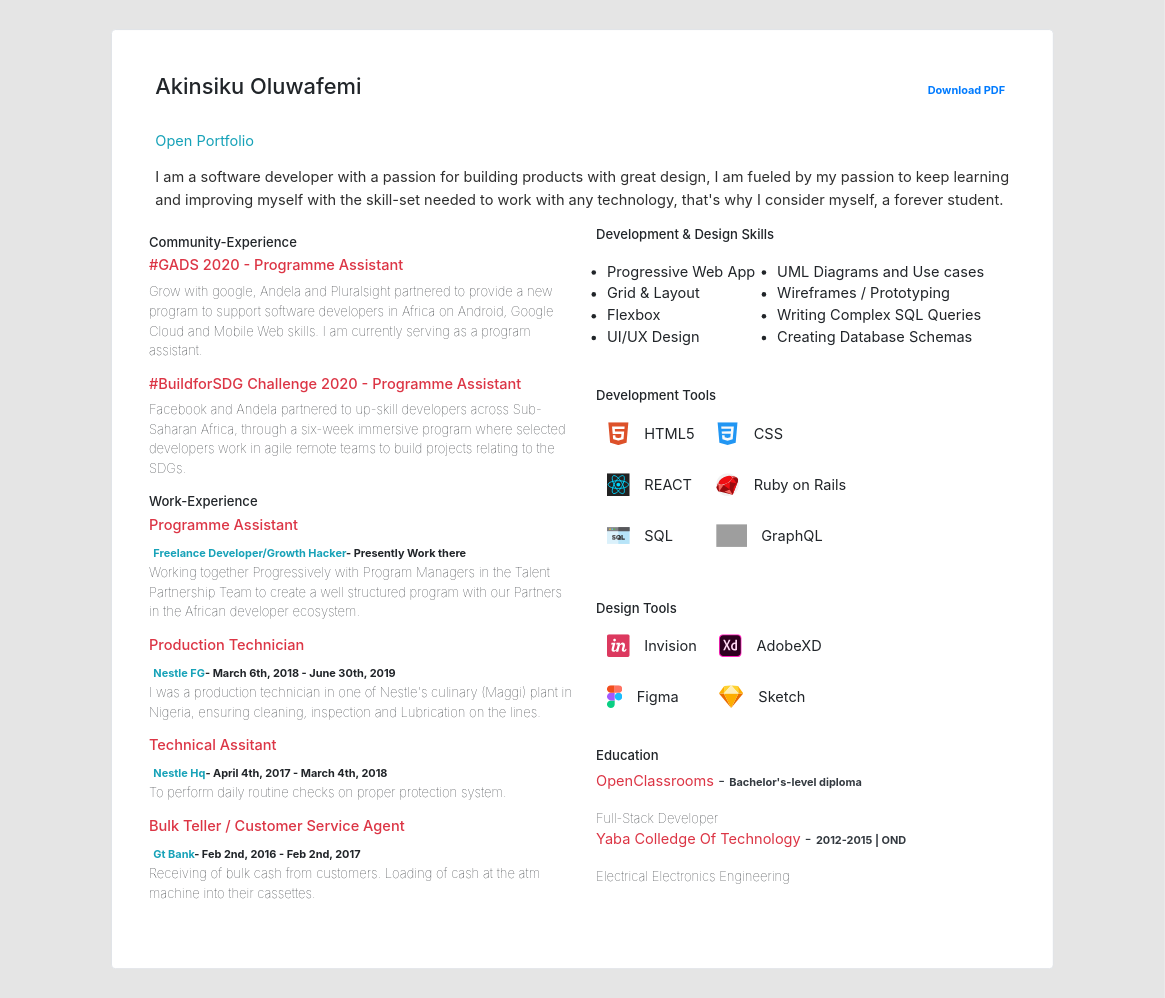
Repository: akinsikuoluwafemi/resume
Page: index.html
These files come from the project's save history. The page is drawn as it stood at one moment and after the next save; the edit follows.
The browser window is 1280 px wide. The pictures show the whole page, at 91% of full size.
Pictures or frames that could not be fetched are drawn as grey boxes. The style sheet was rebuilt from its Sass, Less or Tailwind sources for each picture, by a compiler version that may differ from the author's.

Above is the page before, as saved 2020-10-26 17:01:40.

### index.html
<!DOCTYPE html>
<html lang="en">

<head>
    <meta charset="UTF-8">
    <meta name="viewport" content="width=device-width, initial-scale=1.0">
    <meta http-equiv="X-UA-Compatible" content="ie=edge">
    <link rel="shortcut icon" type="image/png" href="./images/new-photo.png">

    <link rel="stylesheet" href="https://stackpath.bootstrapcdn.com/bootstrap/4.3.1/css/bootstrap.min.css" integrity="sha384-ggOyR0iXCbMQv3Xipma34MD+dH/1fQ784/j6cY/iJTQUOhcWr7x9JvoRxT2MZw1T"
        crossorigin="anonymous" />
    <link rel="stylesheet" href="./resume.css">

    <title>Akinsiku Oluwafemi - Software Developer</title>
</head>

<body>

   <div class="col-sm-12 col-lg-10 m-auto">
       <!--  -->
        <div class="p-c container border px-3 py-4 px-lg-5 py-lg-5 ">
            <header class="row">
                <div class="col d-flex align-items-center">
                    <h4 class="header__name mr-auto">Akinsiku Oluwafemi</h4>
                    <a href="./images/Femi_Akinsiku_resume.pdf" download="Femi_Akinsiku_resume.pdf" class="badge">Download PDF</a>
                </div>
            </header>
            <div class="row mt-4">
                <a href="https://femiakin.com/" target="_blank" class="col text-info">Open Portfolio</a>
            </div>

            <div class="row mt-3">
                <div class="col">
                    <p class="intro">I am a software developer with a passion for building products with great design, I am
                        fueled by my passion to keep learning and improving myself with the skill-set needed to work with
                        any
                        technology,
                        that's why I consider myself, a forever student.</p>
                </div>
            </div>


            <div class="row">

                <div class="col col-lg-6 p-2  ">
                    <div>
                        <h5 class="item__header">Community-Experience</h5>

                        <h6 class="item__job text-danger">#GADS 2020 - Programme Assistant </h6>
                        <p class="item__description">Grow with google, Andela and Pluralsight partnered to provide a new
                            program to support
                            software developers in Africa on Android, Google Cloud and Mobile Web skills. I am currently
                            serving as a
                            program assistant.</p>

                    </div>

                    <div>



                        <h6 class="item__job text-danger">#BuildforSDG Challenge 2020 - Programme Assistant </h6>


                        <p class="item__description">Facebook and Andela partnered to up-skill developers across
                            Sub-Saharan
                            Africa,
                            through a six-week immersive program where selected developers work in agile remote
                            teams to build projects relating to the SDGs.
                        </p>

                    </div>




                    <!-- here -->
                    <div>
                        <h5 class="item__header">Work-Experience</h5>
                        <h6 class="item__job text-danger">Programme Assistant</h6>
                        <span class="badge"><span class="text-info">Freelance Developer/Growth Hacker</span>- Presently Work there</span>
                        <p class="item__description">Working together Progressively with Program Managers in the Talent Partnership Team to create a well structured program with our Partners in the
                        African developer ecosystem.</p>

                    </div>
                    <div>
                        <h6 class="item__job text-danger">Production Technician</h6>
                        <span class="badge"><span class="text-info">Nestle FG</span>- March 6th, 2018 - June 30th, 2019 </span>
                        <p class="item__description">I was a production technician in one of Nestle's culinary (Maggi)
                            plant in
                            Nigeria,
                            ensuring cleaning, inspection and Lubrication on the lines.</p>

                    </div>
                    <div>
                        <h6 class="item__job text-danger">Technical Assitant</h6>
                        <span class="badge"><span class="text-info">Nestle Hq</span>- April 4th, 2017 - March 4th, 2018</span>
                        <p class="item__description">To perform daily routine checks on proper protection system.
                        </p>

                    </div>
                    <div>
                        <h6 class="item__job text-danger">Bulk Teller / Customer Service Agent</h6>
                        <span class="badge"><span class="text-info">Gt Bank</span>- Feb 2nd, 2016 - Feb 2nd, 2017 </span>
                        <p class="item__description">Receiving of bulk cash from customers.
                            Loading of cash at the atm machine into their cassettes.
                            </p>

                    </div>
                    <!-- here2 -->


                </div>
                <div class="col col-lg-6 ">

                    <div>
                        <h5 class="item__header ">Development & Design Skills</h5>
                        <div class="d-flex ">
                            <ul class="list__item">
                                <li>Progressive Web App</li>
                                <li>Grid & Layout</li>
                                <li>Flexbox</li>
                                <li>UI/UX Design</li>


                            </ul>
                            <ul class="list__item">
                                <li>UML Diagrams and Use cases</li>
                                <li>Wireframes / Prototyping</li>
                                <li>Writing Complex SQL Queries</li>
                                <li>Creating Database Schemas</li>



                            </ul>
                        </div>


                    </div>

                    <div class="item__container">
                        <h5 class="item__header">Development Tools</h5>
                        <div class="d-flex ">
                            <ul class="list__item">
                                <div class="d-flex  mb-3">
                                    <img src="./images/html5.svg" />
                                    <p class="ml-3">HTML5</p>
                                </div>
                                <div class="d-flex  mb-3">
                                    <img src="./images/react-1.svg" />
                                    <p class="ml-3">REACT</p>
                                </div>
                                <div class="d-flex ">
                                    <img src="./images/sql.svg" />
                                    <p class="ml-3">SQL</p>
                                </div>

                            </ul>
                            <ul class="list__item ">
                                <div class="d-flex  mb-3">
                                    <img src="./images/css-3.svg" />
                                    <p class="ml-3">CSS</p>
                                </div>
                                <div class="d-flex  mb-3">
                                    <img src="./images/ruby.svg" />
                                    <p class="ml-3">Ruby on Rails</p>
                                </div>
                                <div class="d-flex ">
                                    <img src="./images/graphql-icon.svg" />
                                    <p class="ml-3">GraphQL</p>
                                </div>


                            </ul>
                        </div>


                    </div>

                    <!-- here -->

                    <div class="item__contain">
                        <h5 class="item__header">Design Tools</h5>
                        <div class="d-flex ">
                            <ul class="list__item">
                                <div class="d-flex mb-3">
                                    <img src="./images/invision.svg" />
                                    <p class="ml-3">Invision</p>
                                </div>
                                <div class="d-flex ">
                                    <img src="./images/figma-1.svg" />
                                    <p class="ml-3">Figma</p>
                                </div>

                            </ul>
                            <ul class="list__item ">
                                <div class="d-flex  mb-3 ">
                                    <img src="./images/adobe-xd-1.svg" />
                                    <p class="ml-3">AdobeXD</p>
                                </div>
                                <div class="d-flex ">
                                    <img src="./images/sketch-2.svg" />
                                    <p class="ml-3">Sketch</p>
                                </div>


                            </ul>
                        </div>


                    </div>
                    <div class="edu">
                        <h5 class="item__header">Education</h5>
                        <p paragraph><a href="https://www.francecompetences.fr/recherche/rncp/27099/" class="text-danger text-info">OpenClassrooms
                            <span class="text-dark">-</span><span class="badge text-dark">Bachelor's-level diploma</span></a></p>

                        <span class="item__description "><a style="color: #212529" href="https://openclassrooms.com/en/paths/104-full-stack-developer">Full-Stack Developer</a></span>

                        <p class="text-danger paragraph pt-2">Yaba Colledge Of Technology <span class="text-dark">-</span><span class="badge text-dark">2012-2015
                                | OND</span></p>
                        <span class="item__description ">Electrical Electronics Engineering</span>


                    </div>



                </div>

            </div>


        </div>

        <!--  -->
   </div>










    <script src="https://code.jquery.com/jquery-3.3.1.slim.min.js" integrity="sha384-q8i/X+965DzO0rT7abK41JStQIAqVgRVzpbzo5smXKp4YfRvH+8abtTE1Pi6jizo"
        crossorigin="anonymous"></script>
    <script src="https://cdnjs.cloudflare.com/ajax/libs/popper.js/1.14.7/umd/popper.min.js" integrity="sha384-UO2eT0CpHqdSJQ6hJty5KVphtPhzWj9WO1clHTMGa3JDZwrnQq4sF86dIHNDz0W1"
        crossorigin="anonymous"></script>
    <script src="https://stackpath.bootstrapcdn.com/bootstrap/4.3.1/js/bootstrap.min.js" integrity="sha384-JjSmVgyd0p3pXB1rRibZUAYoIIy6OrQ6VrjIEaFf/nJGzIxFDsf4x0xIM+B07jRM"
        crossorigin="anonymous"></script>
</body>

</html>

### resume.scss


body {
    background-color: #E5E5E5;

    -webkit-font-smoothing: antialiased;
  -moz-osx-font-smoothing: grayscale;
}

.container {
    margin: 2rem auto;
    background-color: white;
    border-radius: .3rem;
}

.intro {
    font-size: 1rem;
    color: rgba(0,0,0,0.82);
    line-height: 1.6rem;
}


.text-info:hover{
    text-decoration: none;
}

img {
    height: 25px;
}



.item {

     &__contain {
        margin-bottom: 0rem;
        // background: red;
    }

    &__container {
        margin: 1rem 0!important;
    }

    &__dev {
         font-size: .9rem;
        margin-bottom: 1rem;
    }

    &__header {
        font-size: .9rem;
        margin-bottom: .5rem;
    }

    &__description {
        font-weight: 100;
        font-size: .9rem;
    }

}


.list__item {
    padding: 12px;
}

@media (max-width: 576px) {
    br {
        display: none;
    }
 }

 .paragraph {
   padding: 0!important;
 }

After the next save:
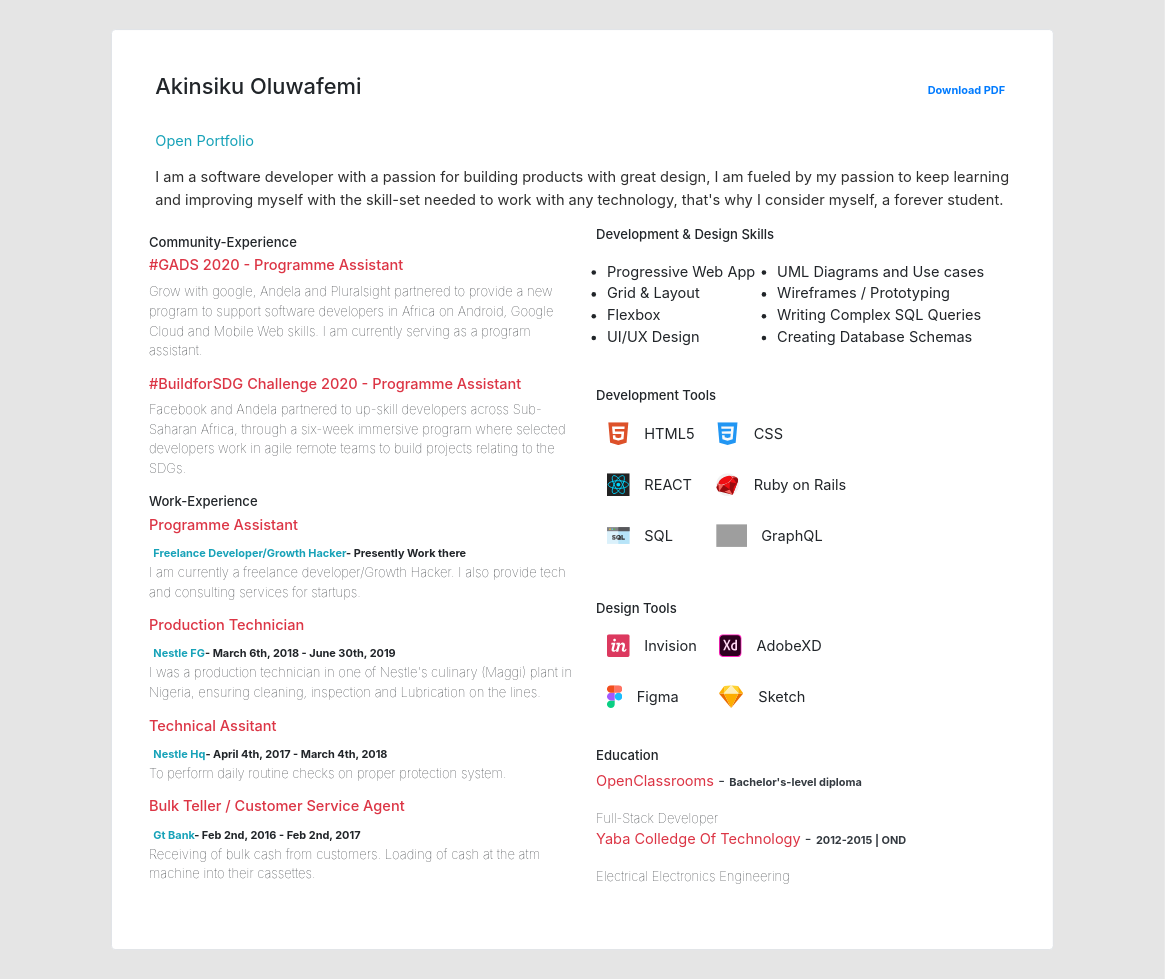
Saved 86 s later.
--- a/index.html
+++ b/index.html
@@ -79,8 +79,7 @@
                         <h5 class="item__header">Work-Experience</h5>
                         <h6 class="item__job text-danger">Programme Assistant</h6>
                         <span class="badge"><span class="text-info">Freelance Developer/Growth Hacker</span>- Presently Work there</span>
-                        <p class="item__description">Working together Progressively with Program Managers in the Talent Partnership Team to create a well structured program with our Partners in the
-                        African developer ecosystem.</p>
+                        <p class="item__description">I am currently a freelance developer/Growth Hacker. I also provide tech and consulting services for startups.</p>
 
                     </div>
                     <div>
